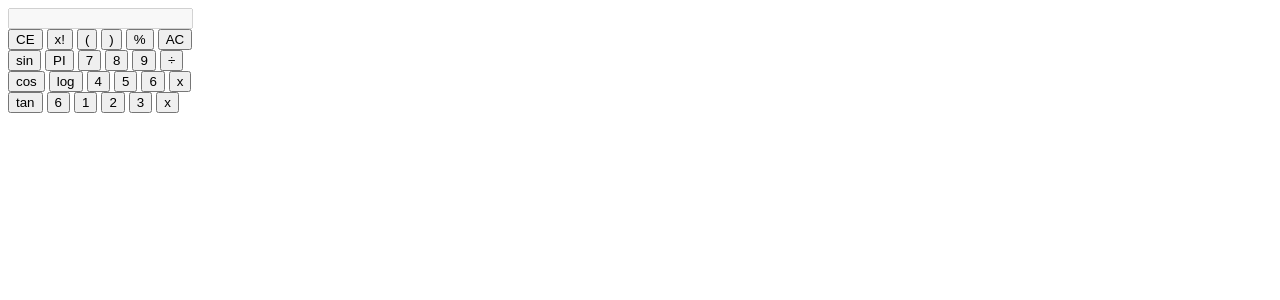
Repository: Haakim19/Scientific-Calculator
Page: intex.html
These files come from the project's save history. The page is drawn as it stood at one moment and after the next save; the edit follows.
The browser window is 1280 px wide. The pictures show the whole page.

Above is the page before, as saved 2024-10-27 11:39:37.

### intex.html
<!DOCTYPE html>
<html lang="en">
<head>
    <meta charset="UTF-8">
    <meta name="viewport" content="width=device-width, initial-scale=1.0">
    <title>Scientific Calculator</title>
</head>
<body>
    <div class="container">
        <div class="display">
            <input type="text" id="display" disabled>
        </div>
        <div class="row">
            <button class="btn">CE</button>
            <button class="btn">x!</button>
            <button class="btn">(</button>
            <button class="btn">)</button>
            <button class="btn">%</button>
            <button class="btn">AC</button>
        </div>
        <div class="row">
            <button class="btn">sin</button>
            <button class="btn">PI</button>
            <button class="btn">7</button>
            <button class="btn">8</button>
            <button class="btn">9</button>
            <button class="btn">÷</button>
        </div>
        <div class="row">
            <button class="btn">cos</button>
            <button class="btn">log</button>
            <button class="btn">4</button>
            <button class="btn">5</button>
            <button class="btn">6</button>
            <button class="btn">x</button>
        </div>
        <div class="row">
            <button class="btn">tan</button>
            <button class="btn">6</button>
            <button class="btn">1</button>
            <button class="btn">2</button>
            <button class="btn">3</button>
            <button class="btn">x</button>
        </div>
</body>

</html>

After the next save:
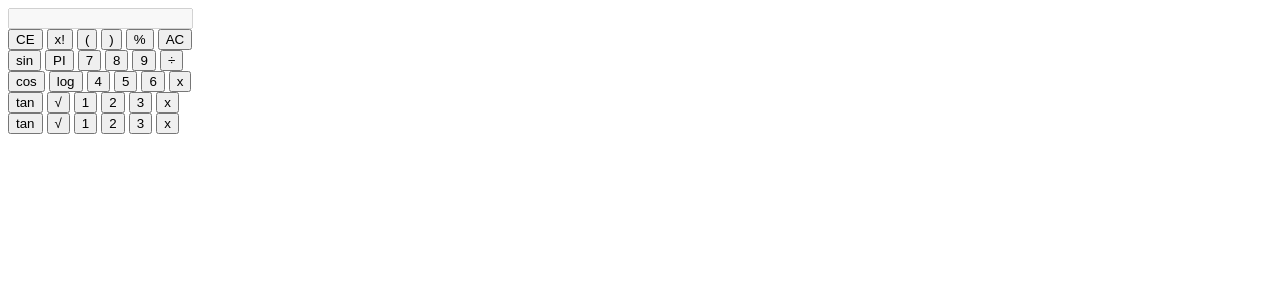
Saved 34 s later.
--- a/intex.html
+++ b/intex.html
@@ -36,12 +36,21 @@
         </div>
         <div class="row">
             <button class="btn">tan</button>
-            <button class="btn">6</button>
+            <button class="btn">√</button>
             <button class="btn">1</button>
             <button class="btn">2</button>
             <button class="btn">3</button>
             <button class="btn">x</button>
         </div>
+        <div class="row">
+            <button class="btn">tan</button>
+            <button class="btn">√</button>
+            <button class="btn">1</button>
+            <button class="btn">2</button>
+            <button class="btn">3</button>
+            <button class="btn">x</button>
+        </div>
+
 </body>
 
 </html>
